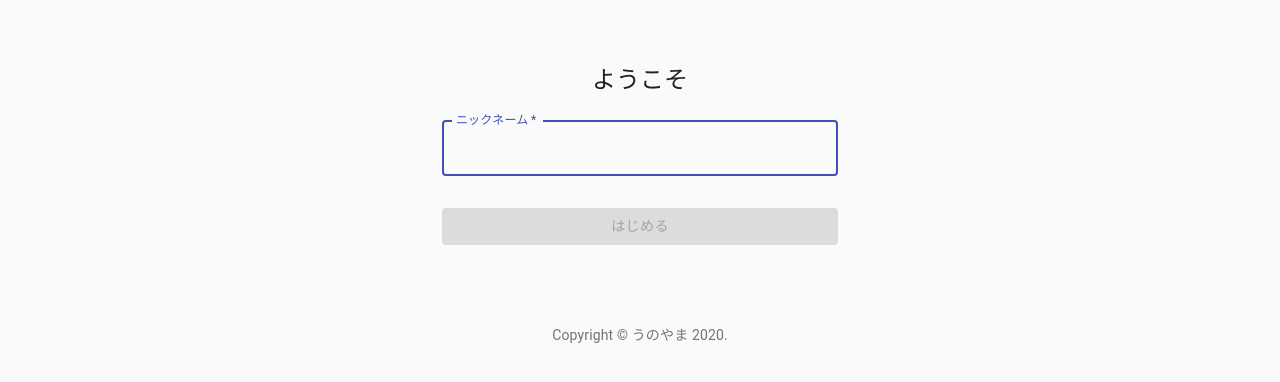
Repository: Yamayu08/idobatakaigi
Page: /
An editor plug-in stored every save of this project. The page is shown before and after a run of saves, followed by the edit.
The browser window is 1280 px wide. The pictures show the whole page.
The project was rebuilt for these pictures with package versions that can differ from the ones it lists, and the page was loaded fresh each time.

Above is the page before, as saved 2021-02-18 03:54:27.

After the next 2 saves:
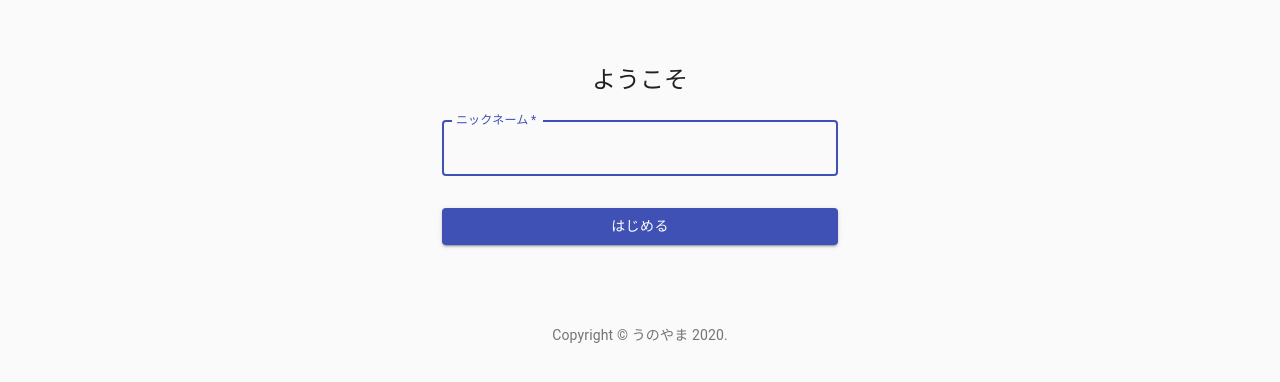
The 2 saves are shown as one change because 1 did not build or start.
The last was saved 8 min 44 s later.
--- a/src/components/SignIn.js
+++ b/src/components/SignIn.js
@@ -1,4 +1,4 @@
-import React, { useState } from 'react';
+import React, { useState, useEffect } from 'react';
 import Button from '@material-ui/core/Button';
 import CssBaseline from '@material-ui/core/CssBaseline';
 import TextField from '@material-ui/core/TextField';
@@ -47,6 +47,10 @@
   const [string, setString] = useState('');
   console.log(string);
 
+  useEffect(() => {
+    string === '' ? setDisabled(false) : setDisabled(true)
+  }, [string]);
+
   return (
     <Container component="main" maxWidth="xs">
       <CssBaseline />

After the save that followed:
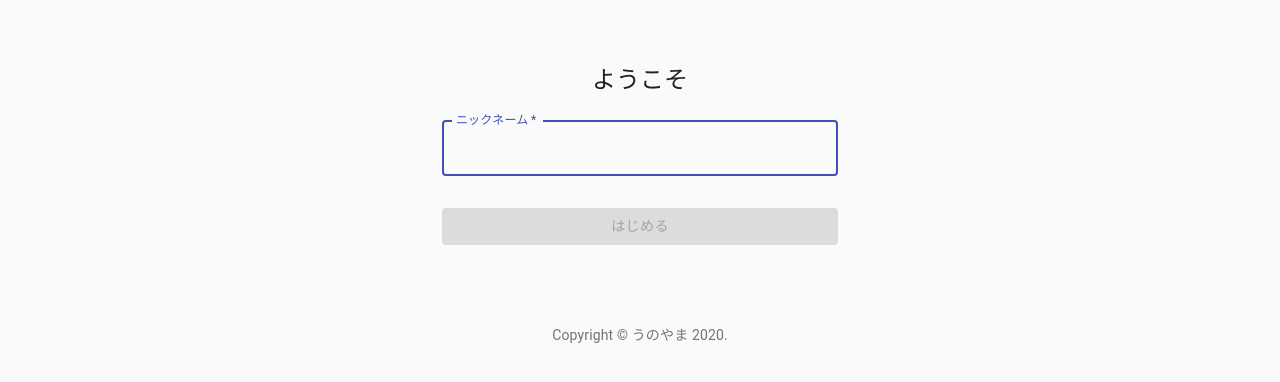
Saved 38 s later.
--- a/src/components/SignIn.js
+++ b/src/components/SignIn.js
@@ -48,7 +48,7 @@
   console.log(string);
 
   useEffect(() => {
-    string === '' ? setDisabled(false) : setDisabled(true)
+    string === '' ? setDisabled(true) : setDisabled(false)
   }, [string]);
 
   return (
